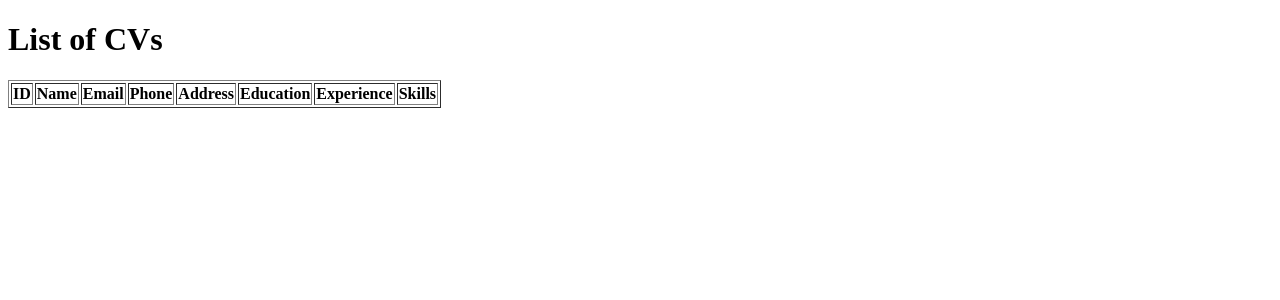
Repository: Arisha004/CV-generator
Page: http://localhost/list.php
These files come from the project's save history. The page is drawn as it stood at one moment and after a run of saves; the edit follows.
The browser window is 1280 px wide. The pictures show the whole page.
The page is run by PHP 8.4 with error messages shown; the project is at /var/www/html/. Queries for data that is not in the repository find no rows.

Above is the page before, as saved 2025-10-14 00:51:49.

### list.php
<?php
include 'db.php';
$sql="select * from person";
$result=$conn->query($sql);


?>
<!DOCTYPE html>
<html lang="en">
<head>
    <meta charset="UTF-8">
    <meta name="viewport" content="width=device-width, initial-scale=1.0">
    <title>Document</title>
</head>
<body>
    <h1>List of CVs</h1>
    <?php
echo "<table border='1'cell>
    <tr>
    <th>ID</th>
    <th>Name</th>
    <th>Email</th>
    <th>Phone</th>
    <th>Address</th>
    <th>Education</th>
    <th>Experience</th>
    <th>Skills</th>
    </tr>";

?>
</body>
</html>

### db.php
<?php
$servername = "localhost";
$username = "root";
$password = "";
$dbname = "cv";
$conn= new mysqli($servername, $username, $password, $dbname);
if($conn->connect_error){
    die("". $conn->connect_error);
}

?>

After the next 6 saves:
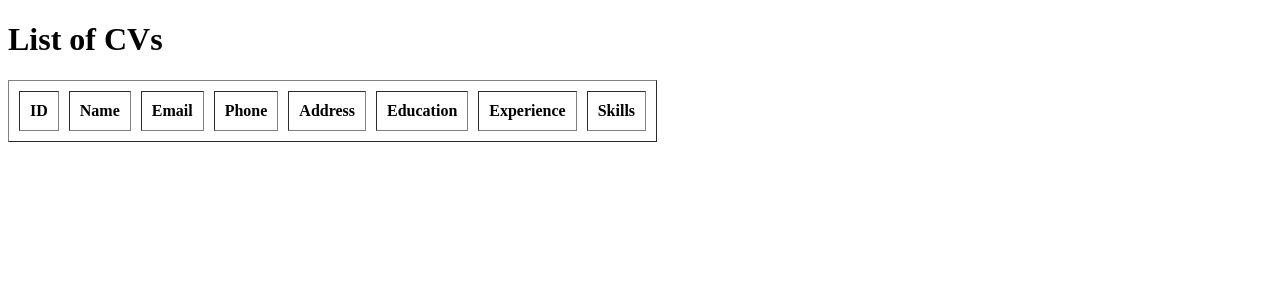
The 6 saves are shown as one change because they came seconds apart.
The last was saved 14 s later.
--- a/list.php
+++ b/list.php
@@ -15,7 +15,7 @@ $result=$conn->query($sql);
 <body>
     <h1>List of CVs</h1>
     <?php
-echo "<table border='1'cell>
+echo "<table border='1' ; cellspacing='10'; cellpadding='10'>
     <tr>
     <th>ID</th>
     <th>Name</th>
